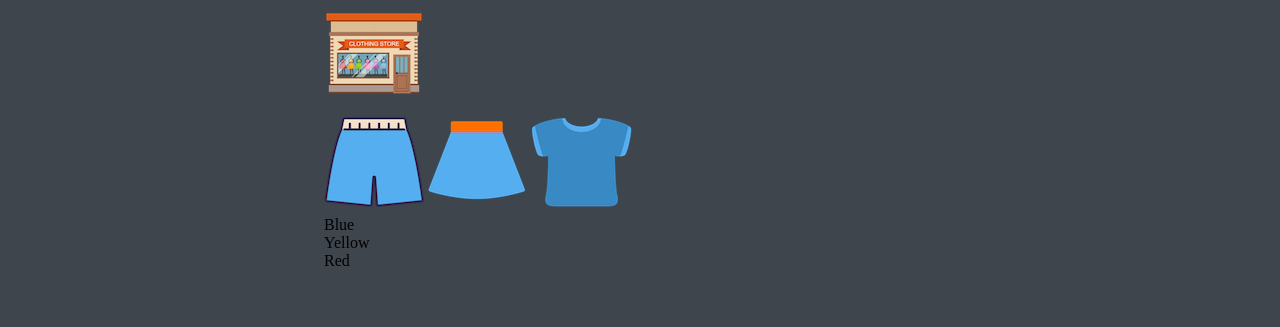
Repository: Jay-JYKim91/elle-shopping-mall
Page: index.html
These files come from the project's save history. The page is drawn as it stood at one moment and after the next save; the edit follows.
The browser window is 1280 px wide. The pictures show the whole page.

Above is the page before, as saved 2021-07-26 19:24:21.

After the next save:
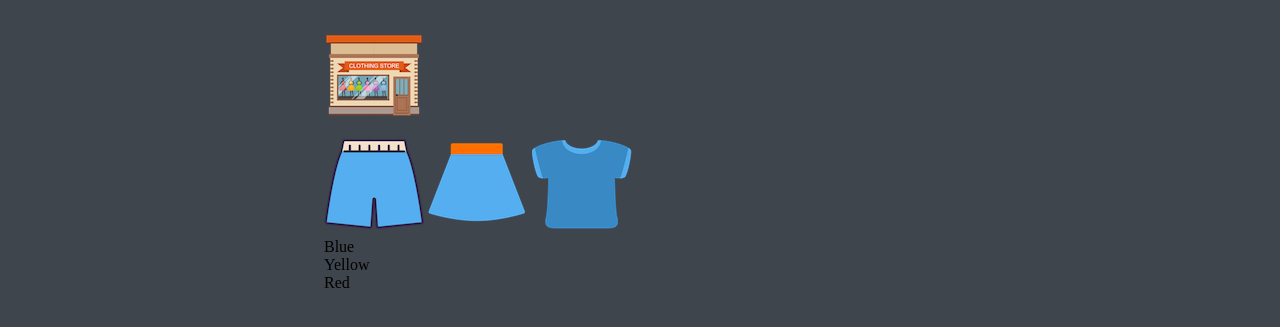
Saved 38 s later.
--- a/style.css
+++ b/style.css
@@ -16,5 +16,5 @@ body {
 }
 .container {
   width: 50%;
-  margin: 0 auto;
+  margin: 30px auto;
 }
